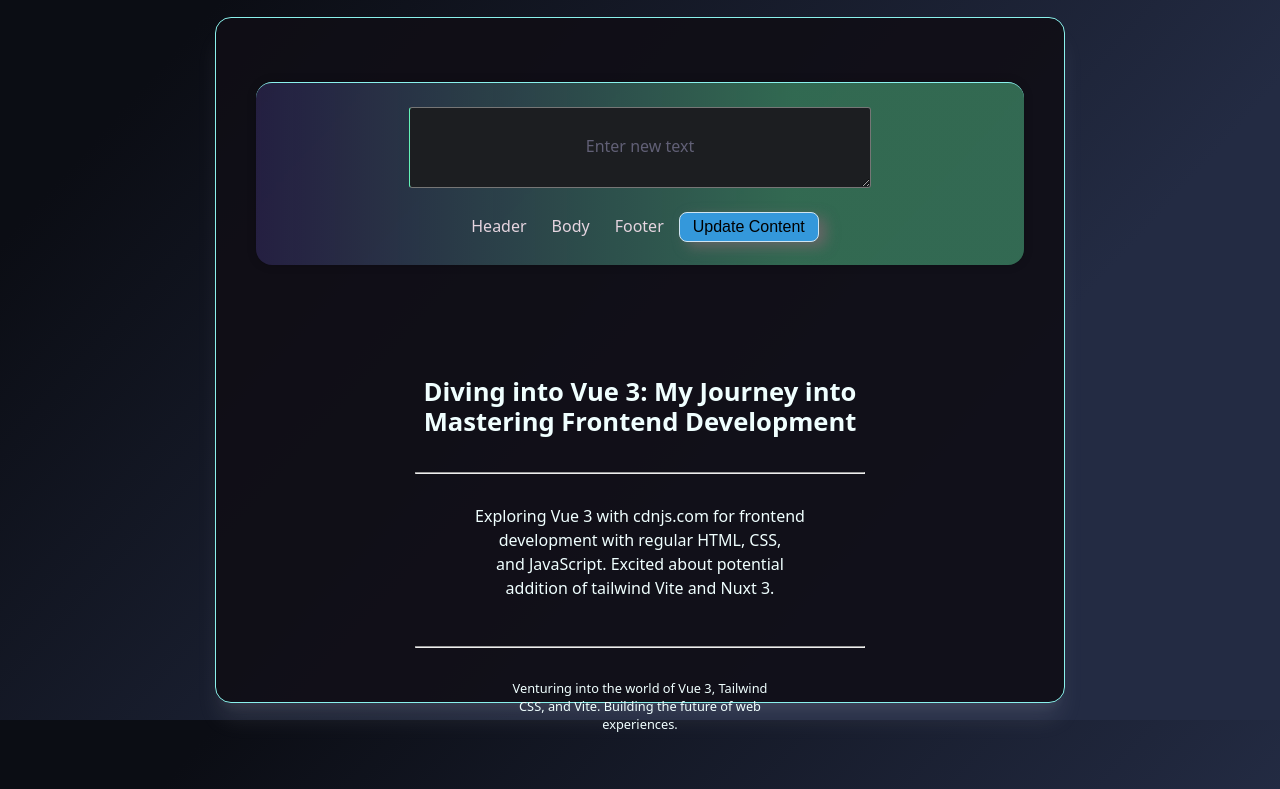
Repository: Freezler/AnnounceCraft
Page: index.html
These files come from the project's save history. The page is drawn as it stood at one moment and after the next save; the edit follows.
The browser window is 1280 px wide. The pictures show the whole page.

Above is the page before, as saved 2024-01-22 15:54:37.

After the next save:
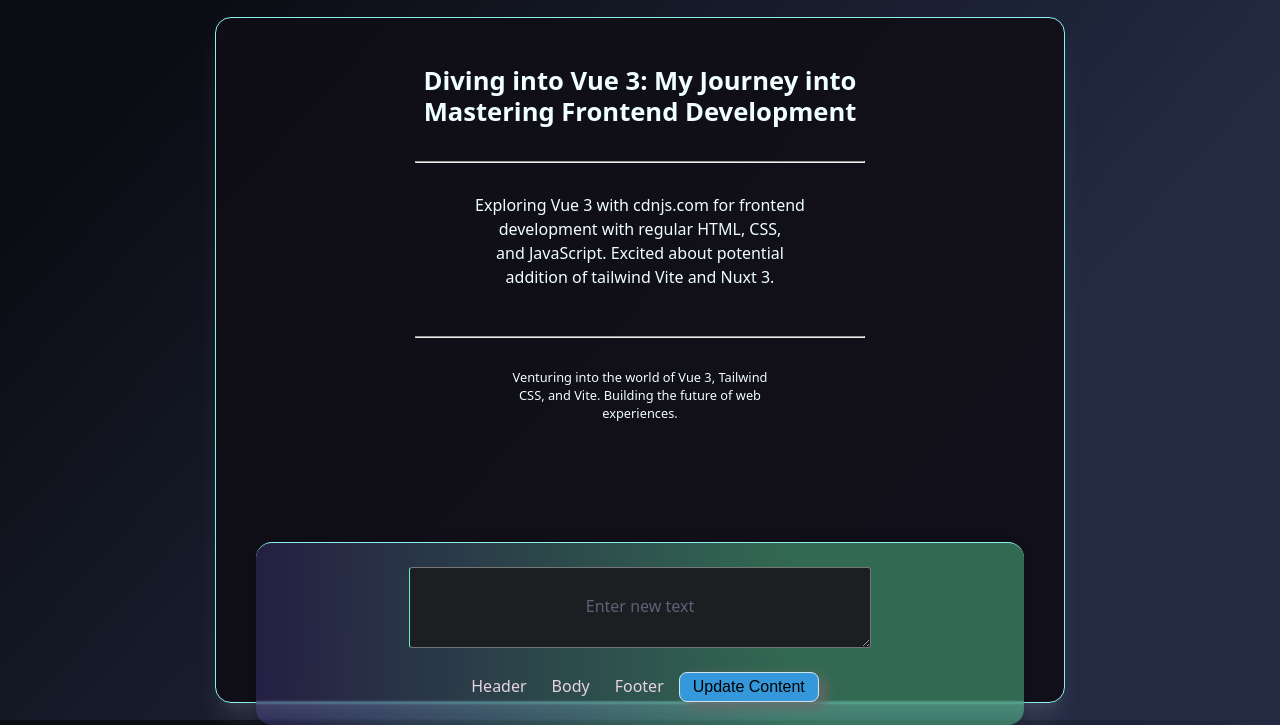
Saved 38 s later.
--- a/index.html
+++ b/index.html
@@ -11,6 +11,13 @@
 <body>
 	<section id="shopping-list">
 
+		<div class="content">
+			<h1 @click="updateSelectedType('Header'); updateSelectedText(header)">{{ header }}</h1>
+			<hr>
+			<p @click="updateSelectedType('Body'); updateSelectedText(body)">{{ body }}</p>
+			<hr>
+			<h4 @click="updateSelectedType('Footer'); updateSelectedText(footer)">{{ footer }}</h4>
+		</div>
 		<div class="choice-box">
 			<textarea v-model="selectedText" type="text" minlength="10" maxlength="400" required
 				placeholder="Enter new text"></textarea>
@@ -27,13 +34,6 @@
 				<button @click="updateText" class="btn">Update Content</button>
 			</div>
 		</div>
-		<div class="content">
-			<h1 @click="updateSelectedType('Header'); updateSelectedText(header)">{{ header }}</h1>
-			<hr>
-			<p @click="updateSelectedType('Body'); updateSelectedText(body)">{{ body }}</p>
-			<hr>
-			<h4 @click="updateSelectedType('Footer'); updateSelectedText(footer)">{{ footer }}</h4>
-		</div>
 	</section>
 	<script src="https://unpkg.com/vue@3"></script>
 	<script src="app.js"></script>
